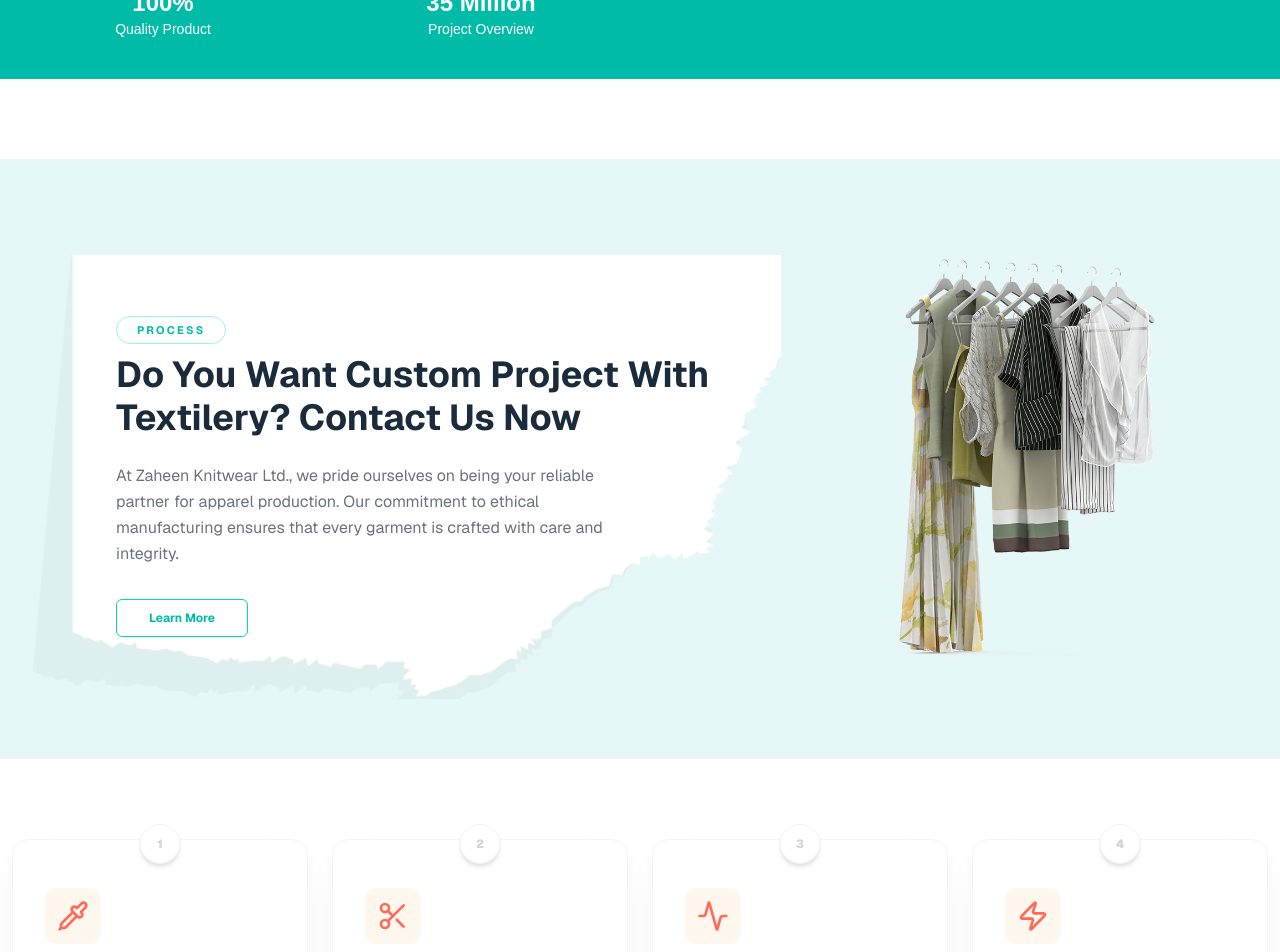
Repository: mdmuhibullahhabib/fullstack-assessment
Page: /
An editor plug-in stored every save of this project. The page is shown before and after a run of saves, followed by the edit.
The browser window is 1280 px wide. The pictures show the part of the page from y = 631 to 1583 px (the page is 3145 px tall).
The project was rebuilt for these pictures with package versions that can differ from the ones it lists, and the page was loaded fresh each time. The framework's server and built-in components were replaced by stand-ins that run in the browser. Also part of the build but not shown: next.config.mjs.

Above is the page before, as saved 2025-12-27 10:30:39.

After the next 3 saves:
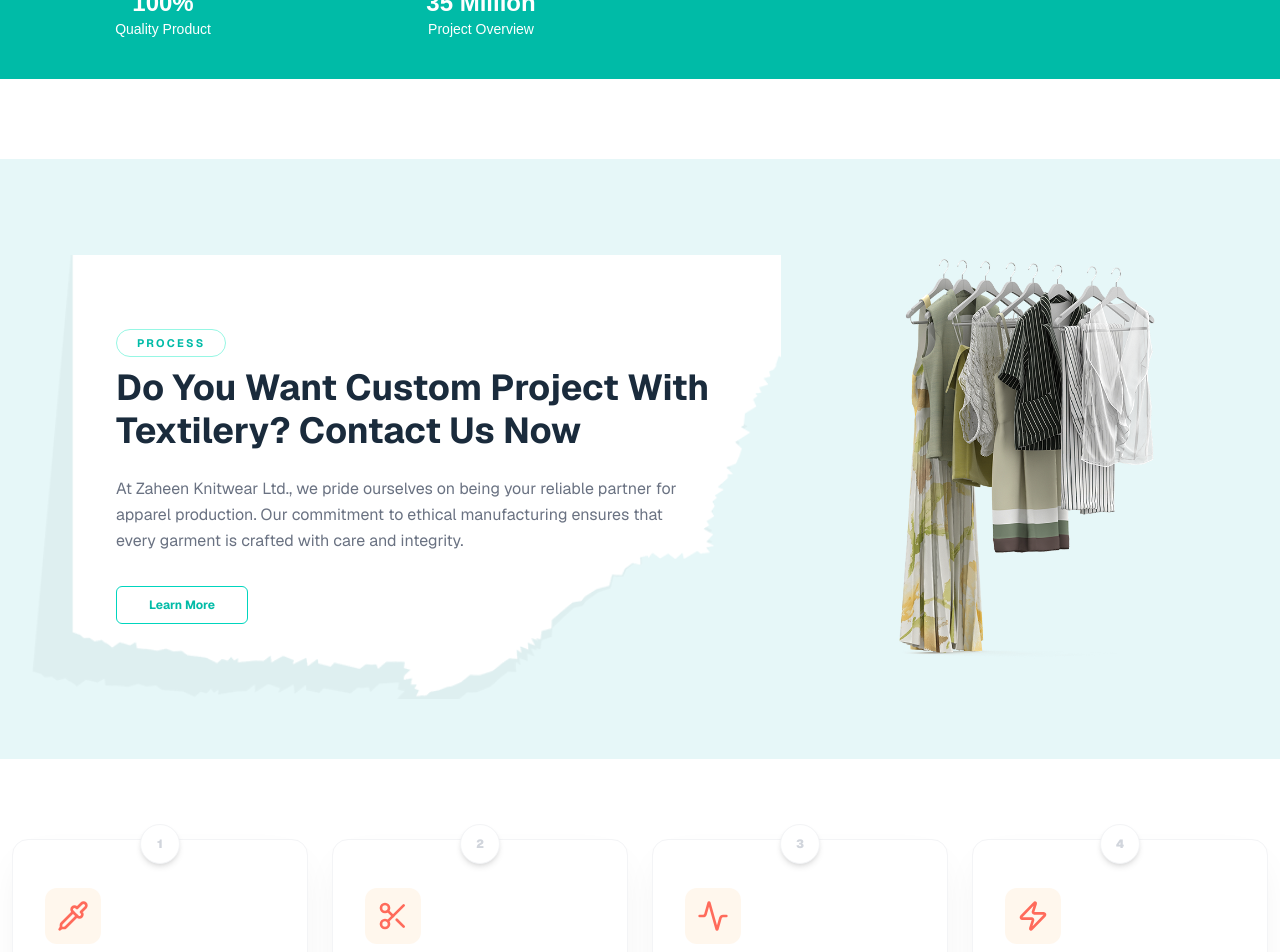
The 3 saves are shown as one change because they came seconds apart.
The last was saved 58 s later.
--- a/src/components/home/CustomProcess.jsx
+++ b/src/components/home/CustomProcess.jsx
@@ -44,7 +44,7 @@
                                 Do You Want Custom Project With Textilery? Contact Us Now
                             </h3>
 
-                            <p className="text-gray-500 text-sm md:text-base leading-relaxed max-w-lg mb-8">
+                            <p className="text-gray-500 text-sm md:text-base leading-relaxed max-w-xl mb-8">
                                 At Zaheen Knitwear Ltd., we pride ourselves on being your reliable partner for
                                 apparel production. Our commitment to ethical manufacturing ensures that
                                 every garment is crafted with care and integrity.
